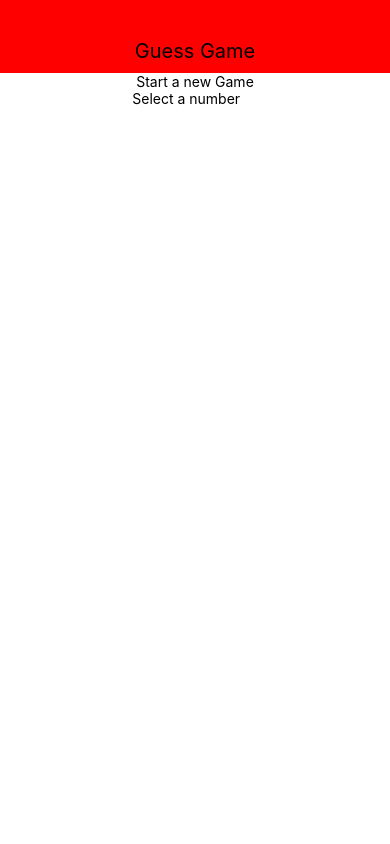
Repository: Celebration-cloud/Guess-number
Screen: /
These files come from the project's save history. The screen is drawn as it stood at one moment and after a run of saves; the edit follows.
The app was drawn by React Native's web renderer in a window 390 px wide. The project was rebuilt for these pictures with package versions that can differ from the ones it lists, and the page was loaded fresh each time.

Above is the screen before, as saved 2024-06-10 12:47:02.

### App.js
import { StatusBar } from "expo-status-bar";
import { StyleSheet, Text, View } from "react-native";
import Heading from "./components/header/Heading";
import StartScreen from "./components/srceen/StartScreen";

export default function App() {
  return (
    <View style={styles.container}>
      <Heading/>
      <StartScreen/>
      <StatusBar style="auto" />
    </View>
  );
}

const styles = StyleSheet.create({
  container: {
    flex: 1,
    alignItems: "center",
  },
});

### components/header/Heading.jsx
import React from "react";
import { Text, StyleSheet, View } from "react-native";

export default function Heading() {
  return (
    <View style={styles.header}>
      <Text style={styles.title}> Guess Game </Text>
    </View>
  );
}

const styles = StyleSheet.create({
    header: {
        backgroundColor: "red",
        color: "white",
        width: "100%",
        paddingTop: "10%",
        padding: 10,
        alignItems: "center",
    },
    title: {
      fontSize: 20
    }
});

### components/srceen/StartScreen.jsx
import React, { Component } from 'react'
import { Text, StyleSheet, View } from 'react-native'

export default function StartScreen() {
    return (
      <View style={styles.startScreen}>
        <Text style={styles.start}> Start a new Game </Text>
        <View>
            <Text>Select a number</Text>
        </View>
      </View>
    )
}

const styles = StyleSheet.create({
    startScreen:{
        fontSize: 20
    }
})

After the next 4 saves:
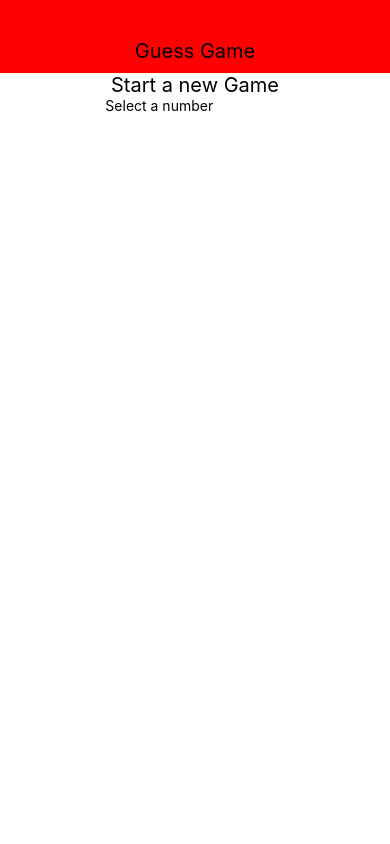
The 4 saves are shown as one change because they came seconds apart.
The last was saved 15 s later.
--- a/components/srceen/StartScreen.jsx
+++ b/components/srceen/StartScreen.jsx
@@ -15,5 +15,8 @@ export default function StartScreen() {
 const styles = StyleSheet.create({
     startScreen:{
         fontSize: 20
+    },
+    start: {
+        fontSize: 20
     }
 })
